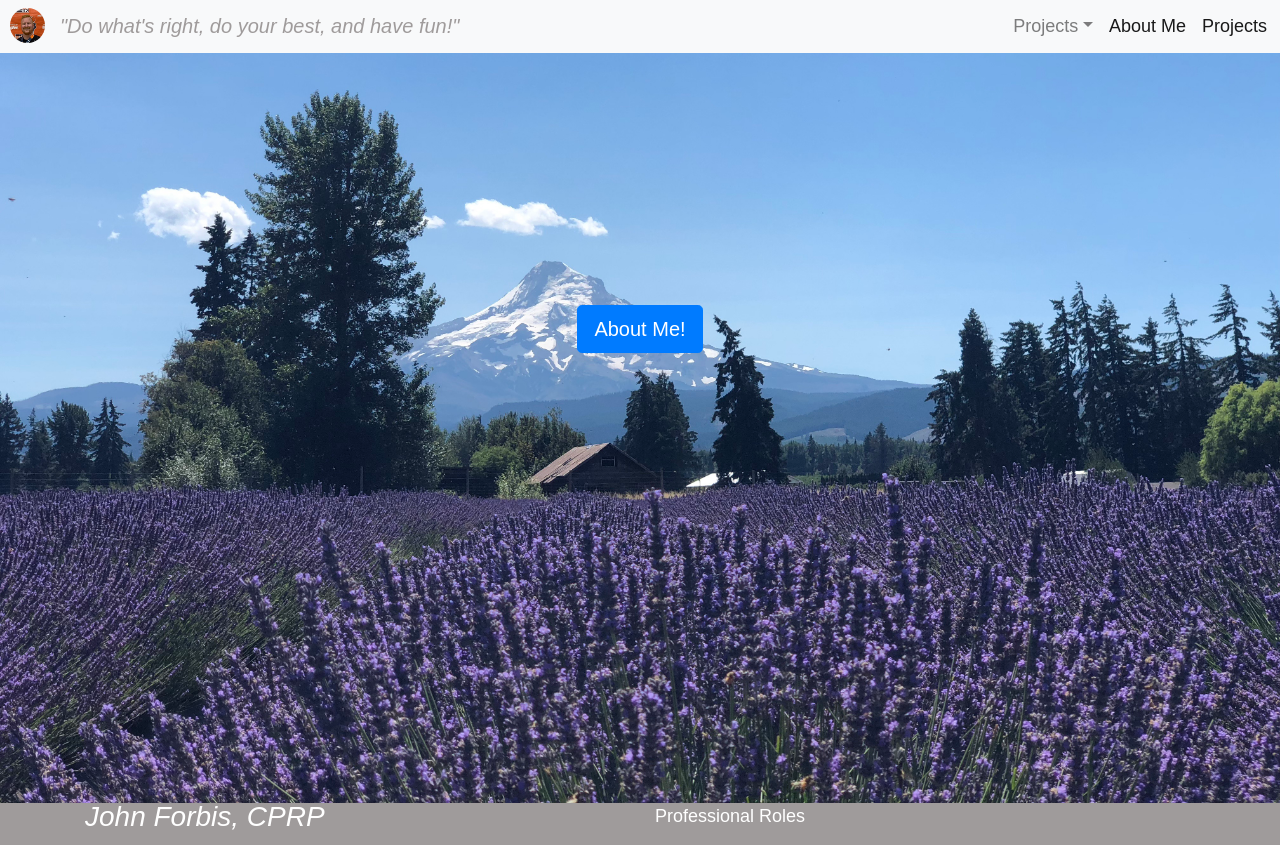
Repository: jforbis/john-forbis-data-analyst
Page: index.html
The author's editor kept a copy of each file at every save. The page is drawn from the files as they stood at one save, then again after the next save.
The browser window is 1280 px wide. The pictures show the part of the page from y = 0 to 845 px (the page is 1730 px tall before and 1750 px after).
A picture or video elsewhere on the page could not be fetched, so the positions and the page height are approximate. Backgrounds fixed to the window are drawn as part of the page.

Above is the page before, as saved 2021-03-31 23:13:26.

After the next save:
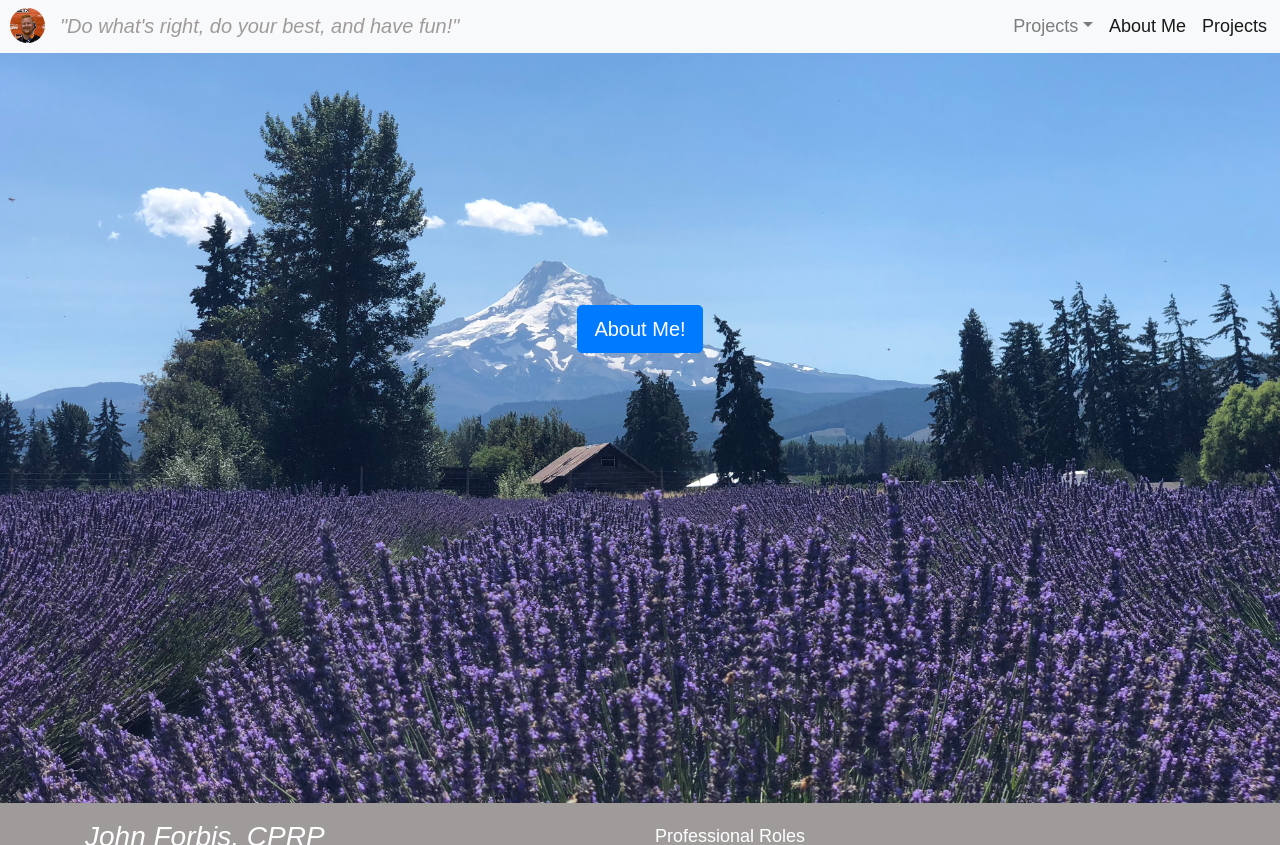
Saved 63 s later.
--- a/index.html
+++ b/index.html
@@ -59,7 +59,7 @@
     </div>
 
 <body>
-    <div class="container">
+    <div class="container" style="margin-top: 20px">
         <div class="row">
             <div class="col" id="me">
                 <i>John Forbis, CPRP</i>
